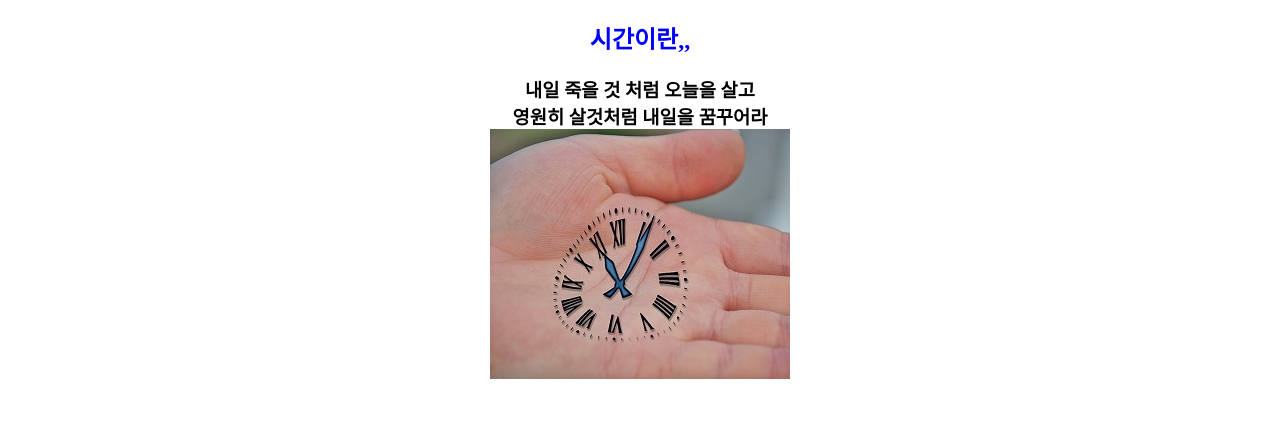
Repository: kukulza1/jspworks
Page: http://localhost/jwbook/time.jsp
These files come from the project's save history. The page is drawn as it stood at one moment and after the next save; the edit follows.
The browser window is 1280 px wide. The pictures show the whole page.
The page is served by Tomcat 9. Other server files are loaded and not shown.

Above is the page before, as saved 2023-11-20 03:04:58.

### jwbook/src/main/webapp/time.jsp
<%@ page language="java" contentType="text/html; charset=UTF-8"
    pageEncoding="UTF-8"%>
<!DOCTYPE html>
<html>
<head>
<meta charset="UTF-8">
<meta name="viewport" content="width=device-width, initial-scale=1.0">
<title>시간</title>
<style>
 #wrap{ width:80%; margin: 0 auto; text-align:center}
 h2{color:blue}
 h3{line-heignt:2;}
</style>
</head>
<body>
  <div id="wrap">
     <h2>시간이란,,</h2>
     <h3>내일 죽을 것 처럼 오늘을 살고<br>
         영원히 살것처럼 내일을 꿈꾸어라
         <div>
           <img src="/resources/img/time.jpg" alt="시계">
         </div>
     </h3>
  </div>
</body>
</html>

After the next save:
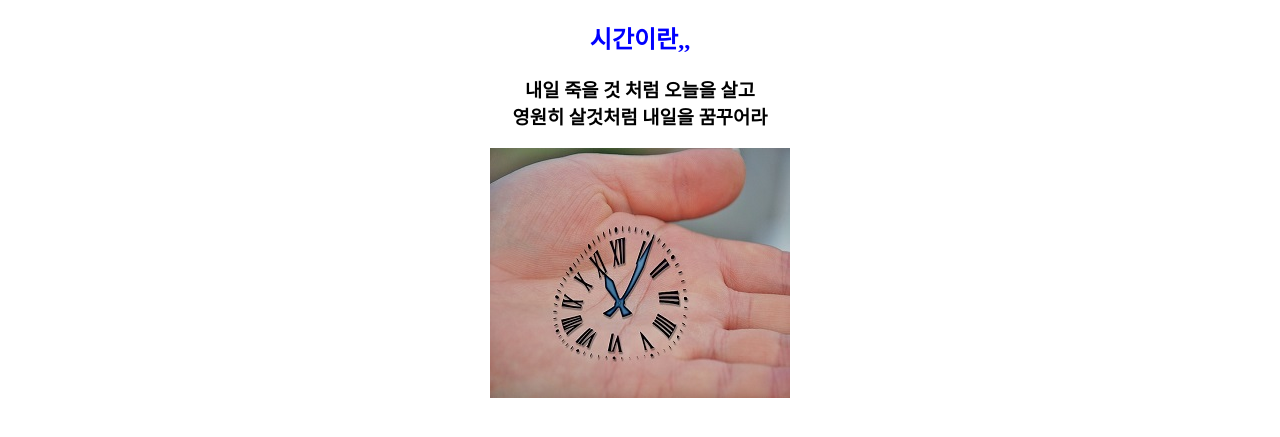
Saved 62 s later.
--- a/jwbook/src/main/webapp/time.jsp
+++ b/jwbook/src/main/webapp/time.jsp
@@ -17,10 +17,11 @@
      <h2>시간이란,,</h2>
      <h3>내일 죽을 것 처럼 오늘을 살고<br>
          영원히 살것처럼 내일을 꿈꾸어라
+          </h3>
          <div>
            <img src="/resources/img/time.jpg" alt="시계">
          </div>
-     </h3>
+
   </div>
 </body>
 </html>
